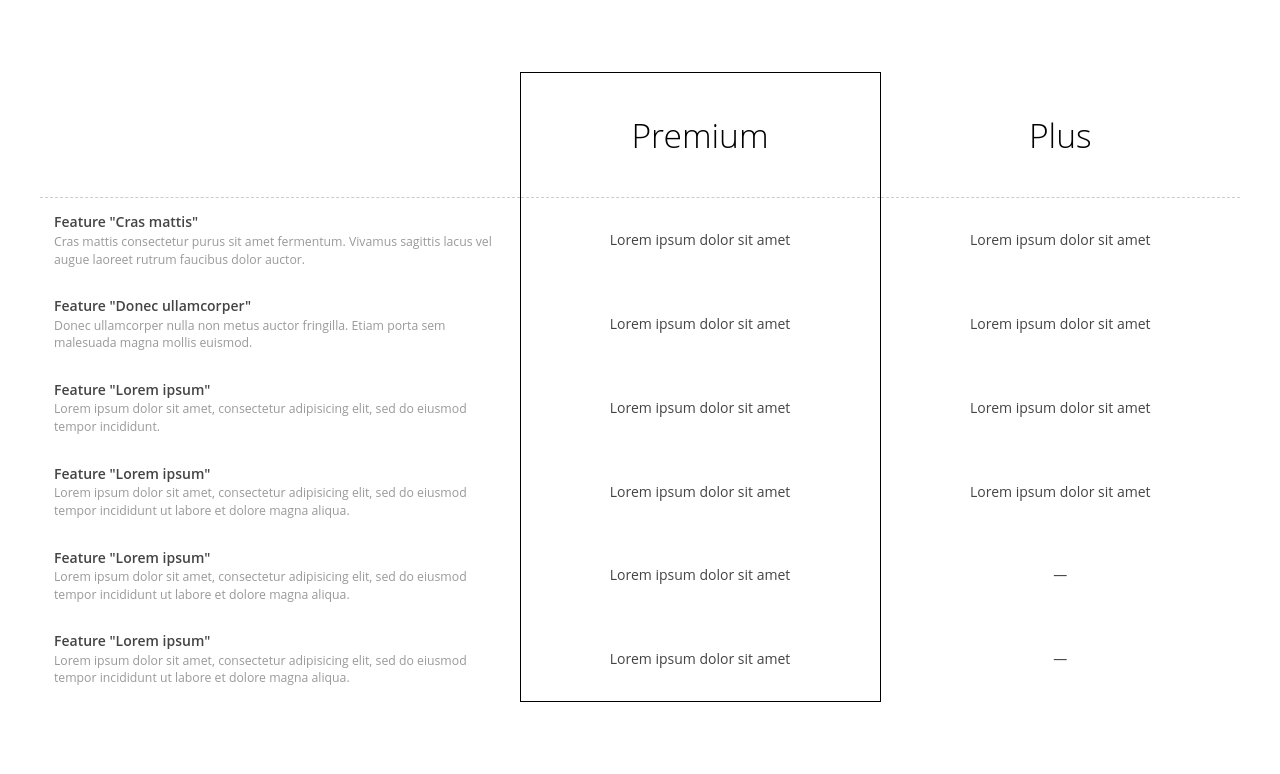
Repository: darlino/gotyu_shopify_section
Page: gotyu_table210223/index.html
The author's editor kept a copy of each file at every save. The page is drawn from the files as they stood at one save, then again after the next save.
The browser window is 1280 px wide. The pictures show the whole page.

Above is the page before, as saved 2023-02-21 12:49:00.

After the next save:
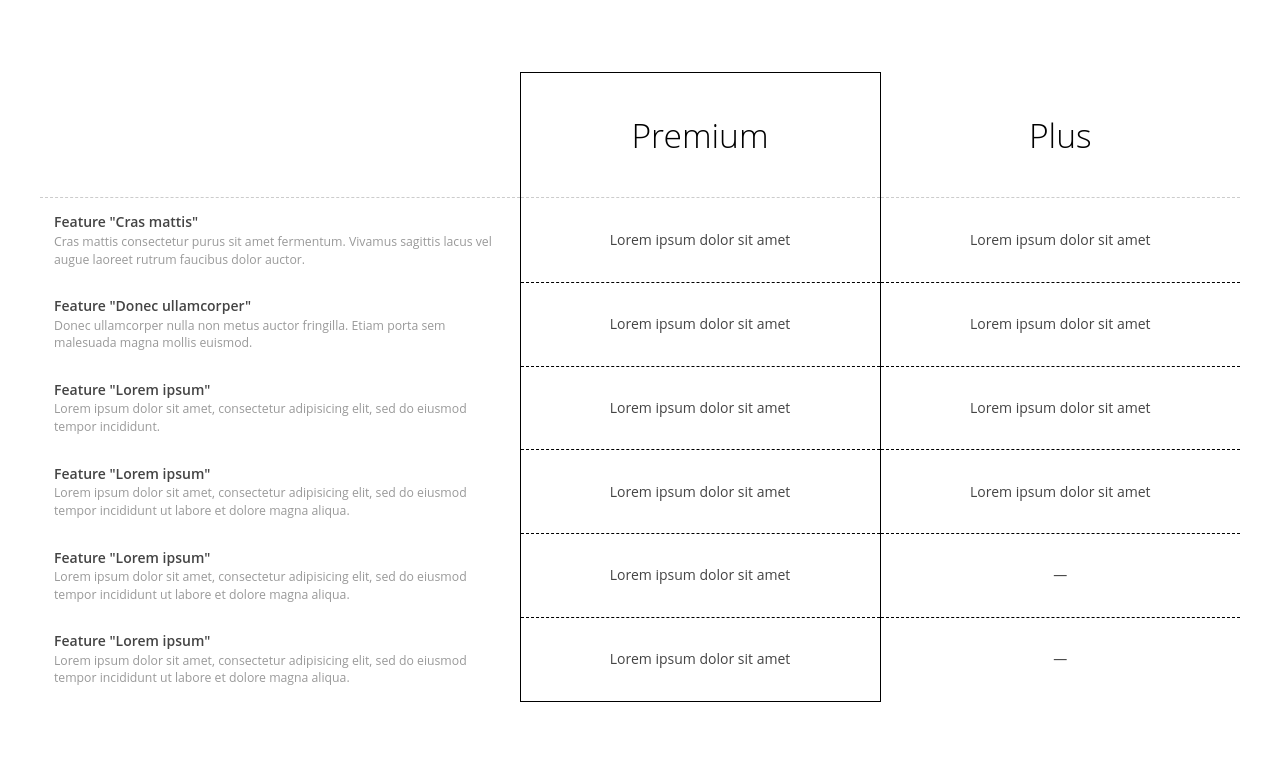
Saved 23 s later.
--- a/gotyu_table210223/style.css
+++ b/gotyu_table210223/style.css
@@ -120,7 +120,7 @@ tbody th span {
 tbody td {
   background: #fff;
   text-align: center;
-  border: none;
+  border-top: 1px dashed #000;
 }
 
 tbody tr:last-child td {
